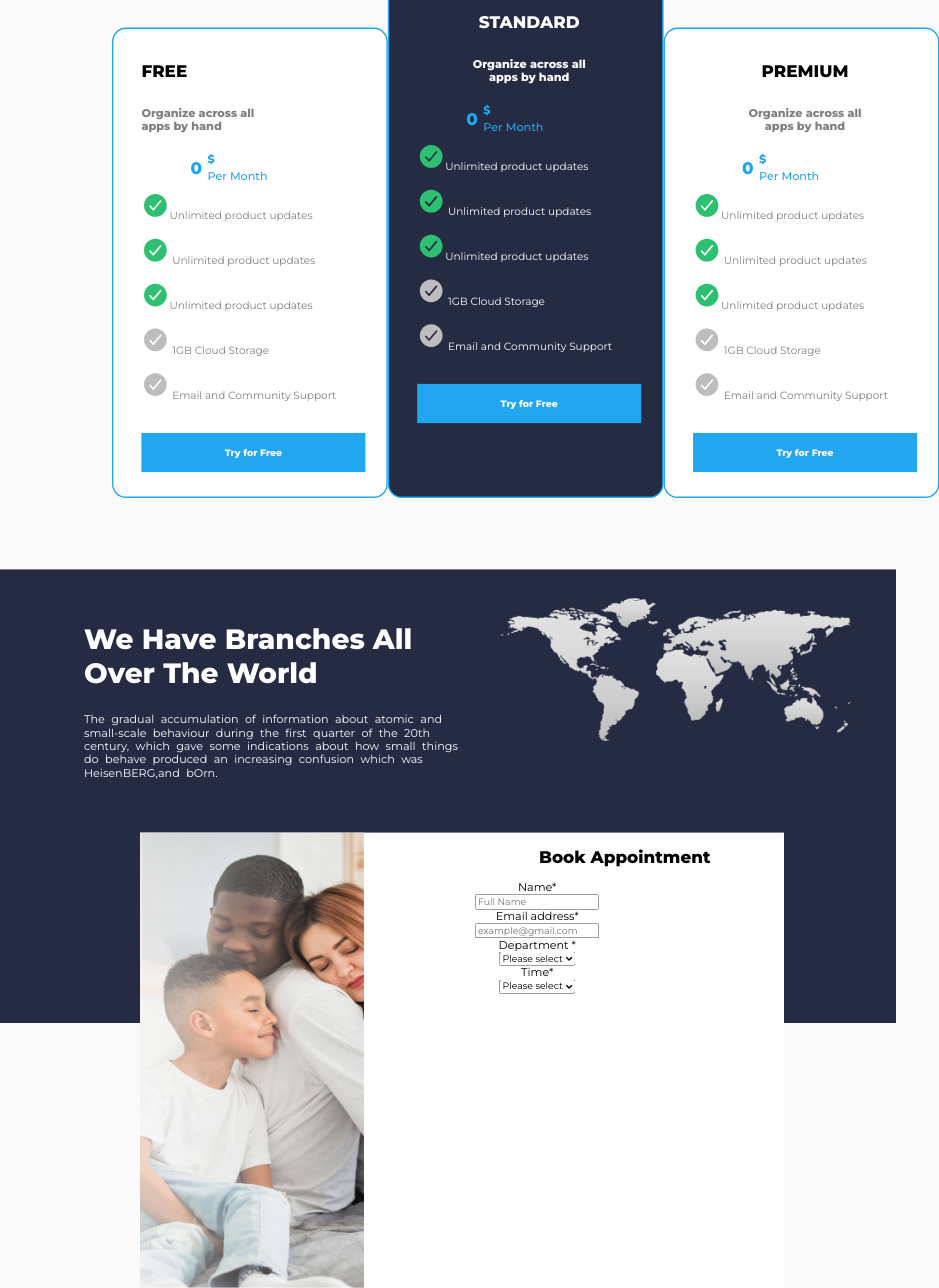
Repository: NANCY-HUB329/week-challenge
Page: index.html
The author's editor kept a copy of each file at every save. The page is drawn from the files as they stood at one save, then again after the next save.
The browser window is 1280 px wide. The page is 1342 px wide, so the pictures cover 1342 px, including what lies to the right of the window. The pictures show the part of the page from y = 2428 to 4268 px (the page is 4268 px tall), at 70% of full size.

Above is the page before, as saved 2023-11-24 02:58:35.

After the next save:
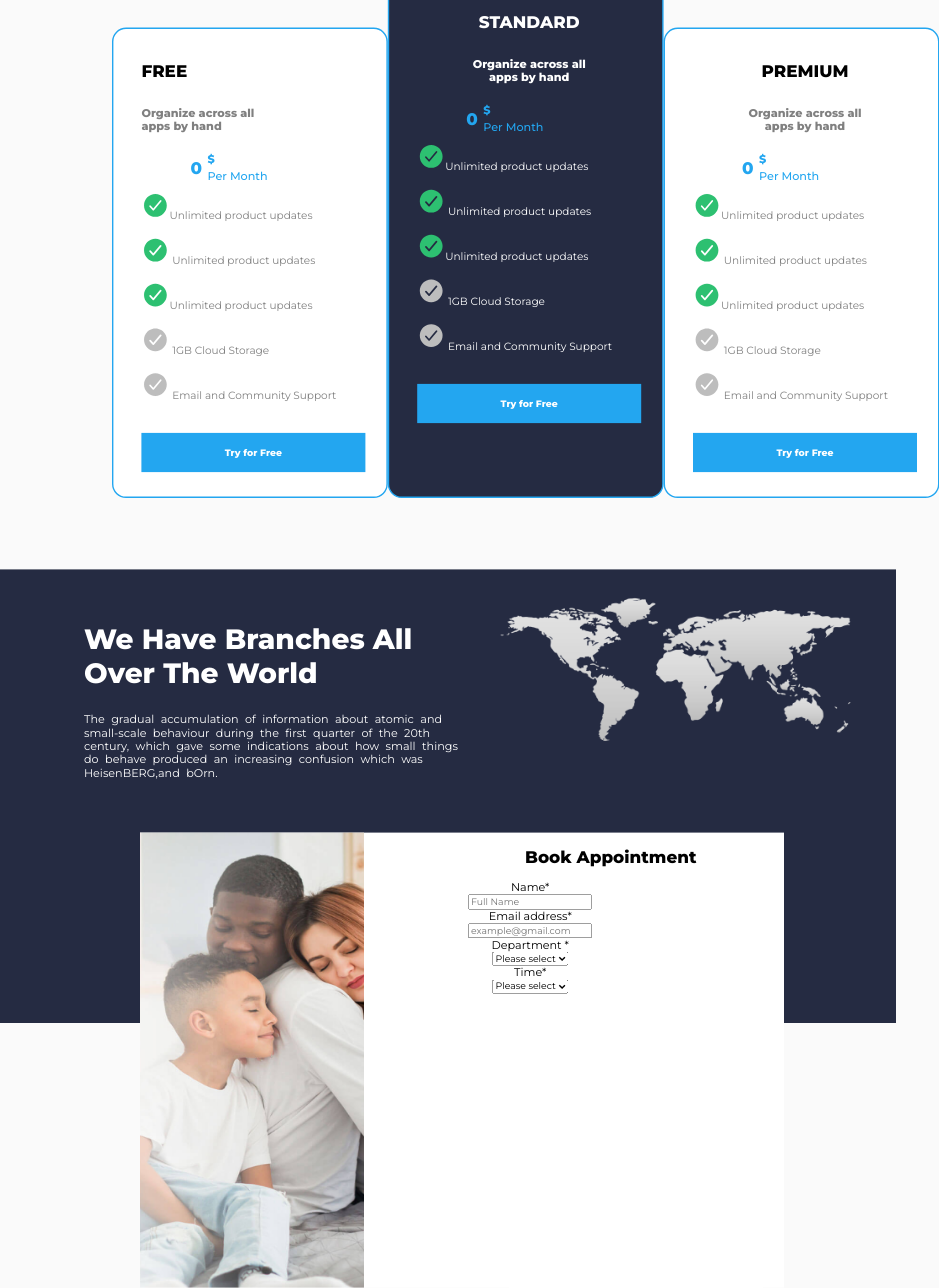
Saved 29 s later.
--- a/styles.css
+++ b/styles.css
@@ -478,7 +478,7 @@
   width: 320px;
 }
 .contact-form h2{
-padding-left:250px;
+padding-left:230px;
 }
 
 
